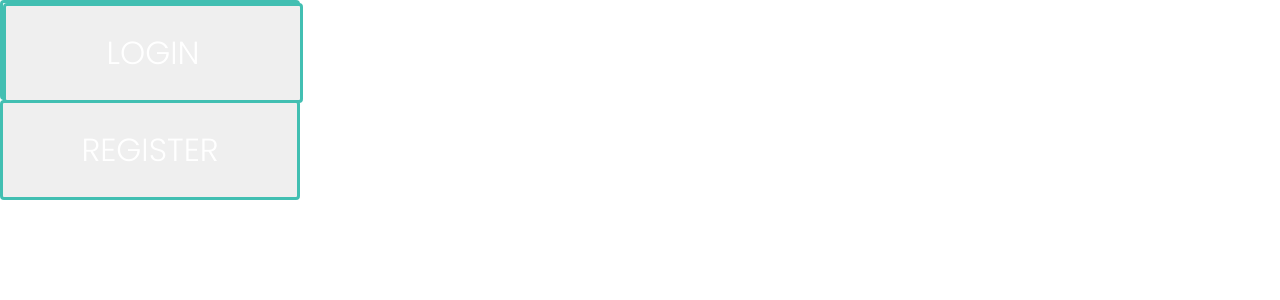
Repository: vu9ar/vu9ar.github.io
Page: WelcomePage/welcome.html
These files come from the project's save history. The page is drawn as it stood at one moment and after the next save; the edit follows.
The browser window is 1280 px wide. The pictures show the whole page.

Above is the page before, as saved 2022-03-27 18:36:20.

### WelcomePage/welcome.html
<!DOCTYPE html>
<html>

<head>
    <meta charset="UTF-8">
    <link rel="stylesheet" href="style.css">
    <link rel="preconnect" href="https://fonts.gstatic.com" crossorigin>
    <link href="https://fonts.googleapis.com/css2?family=Poppins:wght@300&display=swap" rel="stylesheet">
    <link href="https://fonts.googleapis.com/css2?family=Poppins:wght@600&display=swap" rel="stylesheet">
    <meta name="viewport" content="width-device-width, initial-scale=1.0">
    <title>TMHL</title>
</head>


<body>
    <!--
    <form action="../loginRegister/guestToVerifiedRegister.html">
        <button>Register</button>
    </form>
    <form action="../loginRegister/loginForVerified.html">
        <button>Login</button>
    </form> -->
    <div class="intro">
        <h1 class="logo-header">
            <span class="Logo">Mar</span> <span class="Logo">ginal</span>
        </h1>
    </div>

    <form action="../loginRegister/loginForVerified.html" class="button">
        <button class="button">LOGIN</button>
    </form>

    <form action="/loginRegister/guestToVerifiedRegister.html">
        <button class="button">REGISTER</button>
    </form>
    <script src="app.js"></script>

</body>


</html>

### WelcomePage/style.css
* {
    margin: 0;
    padding: 0;
    box-sizing: border-box;
    font-family: 'Poppins', sans-serif;
}

header {
    position: relative;
    left: 0;
    right: 0;
    width: 100%;
    height: 80px;
}

header h4 {
    position: absolute;
    left: 10%;
    bottom: 1rem;
    font-size: 1.6rem;
}


/* Splash */

.intro {
    position: fixed;
    z-index: 1;
    left: 0;
    right: 0;
    width: 100%;
    height: 100vh;
    background-color: #161616;
    transition: 1s;
}

.logo-header {
    position: absolute;
    top: 40%;
    left: 50%;
    transform: translate(-50%, -50%);
    color: #ffffff;
}

.Logo {
    position: relative;
    display: inline-block;
    /*left: 0;*/
    bottom: -20px;
    opacity: 0;
}

.Logo.active {
    bottom: 0;
    opacity: 1;
    transition: ease-in-out 0.5s;
}

.Logo.fade {
    bottom: 150px;
    opacity: 0;
    transition: ease-in-out 0.5;
}

.button {
    width: 300px;
    height: 100px;
    border: none;
    color: white;
    border-radius: 4px;
    transition: ease-out 0.3s;
    font-size: 2rem;
    outline: none;
    border: 3px solid #42BFB2;
    position: relative;
    z-index: 1;
}

.button:hover {
    color: #ffffff;
    cursor: pointer;
}

.button:before {
    transition: 0.5s all ease;
    position: absolute;
    top: 0;
    left: 50%;
    right: 50%;
    bottom: 0;
    opacity: 0;
    content: "";
    background-color: #42BFB2;
}

.button:hover:before {
    transition: 0.5s all ease;
    left: 0;
    right: 0;
    opacity: 1;
    z-index: -1;
}

### WelcomePage/app.js
let intro = document.querySelector('.intro');
let logo = document.querySelector('.logo-header');
let logoSpan = document.querySelectorAll('.Logo');


window.addEventListener('DOMContentLoaded', () => {

    setTimeout(() => {

        logoSpan.forEach((span, idx) => {
            setTimeout(() => {
                span.classList.add('active');
            }, (idx + 1) * 400);
        });

        setTimeout(() => {
            logoSpan.forEach((span, idx) => {

                setTimeout(() => {
                    span.classList.remove('active');
                    span.classList.add('fade');
                }, (idx + 1) * 50);
            })
        }, 2000);


        setTimeout(() => {
            intro.style.top = '-100vh';
        }, 2300);
    });
});

After the next save:
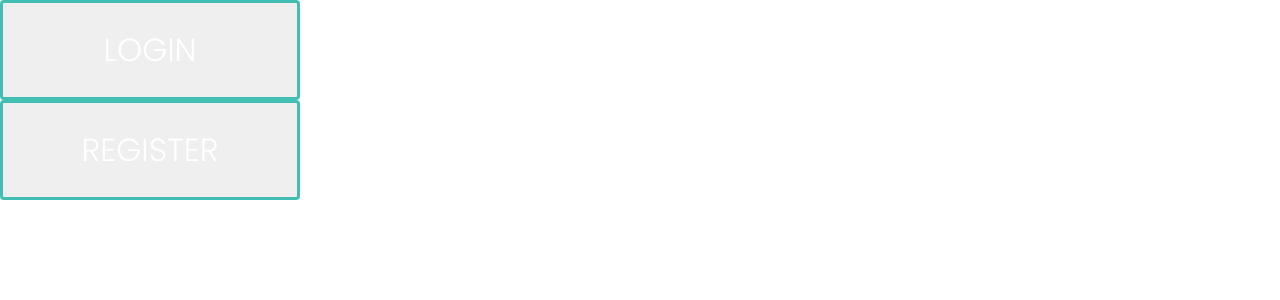
Saved 40 s later.
--- a/WelcomePage/welcome.html
+++ b/WelcomePage/welcome.html
@@ -26,7 +26,7 @@
         </h1>
     </div>
 
-    <form action="../loginRegister/loginForVerified.html" class="button">
+    <form action="../loginRegister/loginForVerified.html">
         <button class="button">LOGIN</button>
     </form>
 
